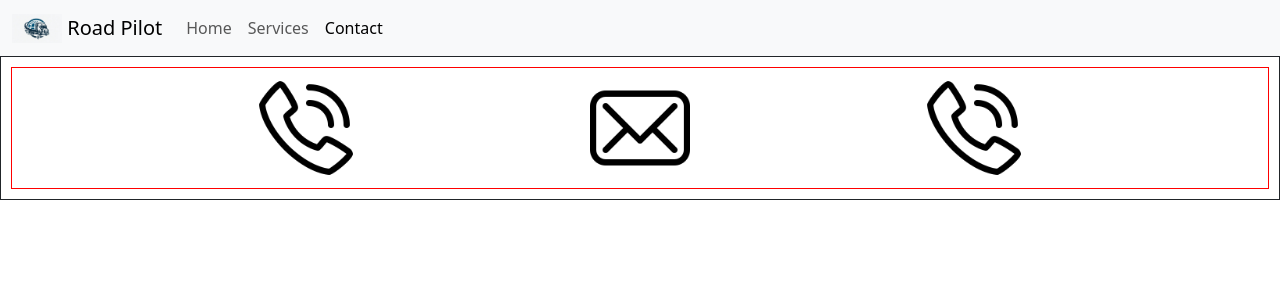
Repository: VictoriousMango/WebCreator
Page: pages/contact.html
These files come from the project's save history. The page is drawn as it stood at one moment and after the next save; the edit follows.
The browser window is 1280 px wide. The pictures show the whole page.

Above is the page before, as saved 2024-11-09 12:40:01.

### pages/contact.html
<!DOCTYPE html>
<html lang="en">

<head>
    <meta charset="UTF-8">
    <meta name="viewport" content="width=device-width, initial-scale=1.0">
    <title>Web Creator</title>
    <link href="https://cdn.jsdelivr.net/npm/bootstrap@5.3.3/dist/css/bootstrap.min.css" rel="stylesheet"
        integrity="sha384-QWTKZyjpPEjISv5WaRU9OFeRpok6YctnYmDr5pNlyT2bRjXh0JMhjY6hW+ALEwIH" crossorigin="anonymous">
    <link rel="stylesheet" href="../assets/css/contact.css">
</head>

<body>
    <!-- Navbar -->
    <nav class="navbar navbar-expand-lg bg-body-tertiary">
        <div class="container-fluid">
            <a class="navbar-brand" href="#">
                <img src="../assets/images/Logo.png" alt="Logo" width="50px" class="d-inline-block align-text-top">
                Road Pilot
            </a>
            <button class="navbar-toggler" type="button" data-bs-toggle="collapse" data-bs-target="#navbarNav"
                aria-controls="navbarNav" aria-expanded="false" aria-label="Toggle navigation">
                <span class="navbar-toggler-icon"></span>
            </button>
            <div class="collapse navbar-collapse" id="navbarNav">
                <ul class="navbar-nav">
                    <li class="nav-item">
                        <a class="nav-link" href="../">Home</a>
                    </li>
                    <li class="nav-item">
                        <a class="nav-link" href="./services.html">Services</a>
                    </li>
                    <li class="nav-item">
                        <a class="nav-link active" aria-current="page" href="#">Contact</a>
                    </li>
                </ul>
            </div>
        </div>
    </nav>
    <!-- NavBar -->

    <!-- Contact -->
    <div class="contact">
        <!-- div for icons -->
         <div class="contact__links">
            <!-- phone number -->
             <img class="contact__linksIMG" src="../assets/images/contact__phone.png" alt="">
             <img class="contact__linksIMG" src="../assets/images/contact__email.png" alt="">
             <img class="contact__linksIMG" src="../assets/images/contact__phone.png" alt="">

            <!-- Social Media Links -->
         </div>
    </div>
    <!-- Contact -->
    <!-- Scripts -->
    <script src="https://cdn.jsdelivr.net/npm/bootstrap@5.3.3/dist/js/bootstrap.bundle.min.js"
        integrity="sha384-YvpcrYf0tY3lHB60NNkmXc5s9fDVZLESaAA55NDzOxhy9GkcIdslK1eN7N6jIeHz"
        crossorigin="anonymous"></script>
    <script src="https://cdn.jsdelivr.net/npm/@popperjs/core@2.11.8/dist/umd/popper.min.js"
        integrity="sha384-I7E8VVD/ismYTF4hNIPjVp/Zjvgyol6VFvRkX/vR+Vc4jQkC+hVqc2pM8ODewa9r"
        crossorigin="anonymous"></script>
    <script src="https://cdn.jsdelivr.net/npm/bootstrap@5.3.3/dist/js/bootstrap.min.js"
        integrity="sha384-0pUGZvbkm6XF6gxjEnlmuGrJXVbNuzT9qBBavbLwCsOGabYfZo0T0to5eqruptLy"
        crossorigin="anonymous"></script>
</body>

</html>

### assets/css/contact.css
.contact {
    border: 1px solid;
    padding: 10px;
}

.contact__links {
    display: flex;
    justify-content: space-evenly;
    border: 1px solid red;
    padding: 10px;
}

.contact__linksIMG {
    width: 100px;
}

After the next save:
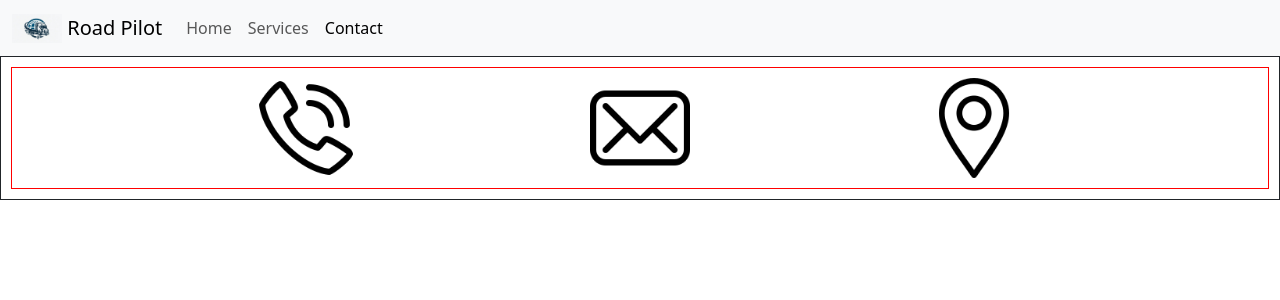
Saved 46 s later.
--- a/pages/contact.html
+++ b/pages/contact.html
@@ -46,7 +46,7 @@
             <!-- phone number -->
              <img class="contact__linksIMG" src="../assets/images/contact__phone.png" alt="">
              <img class="contact__linksIMG" src="../assets/images/contact__email.png" alt="">
-             <img class="contact__linksIMG" src="../assets/images/contact__phone.png" alt="">
+             <img class="contact__linksIMG" src="../assets/images/contact__location.png" alt="">
 
             <!-- Social Media Links -->
          </div>
